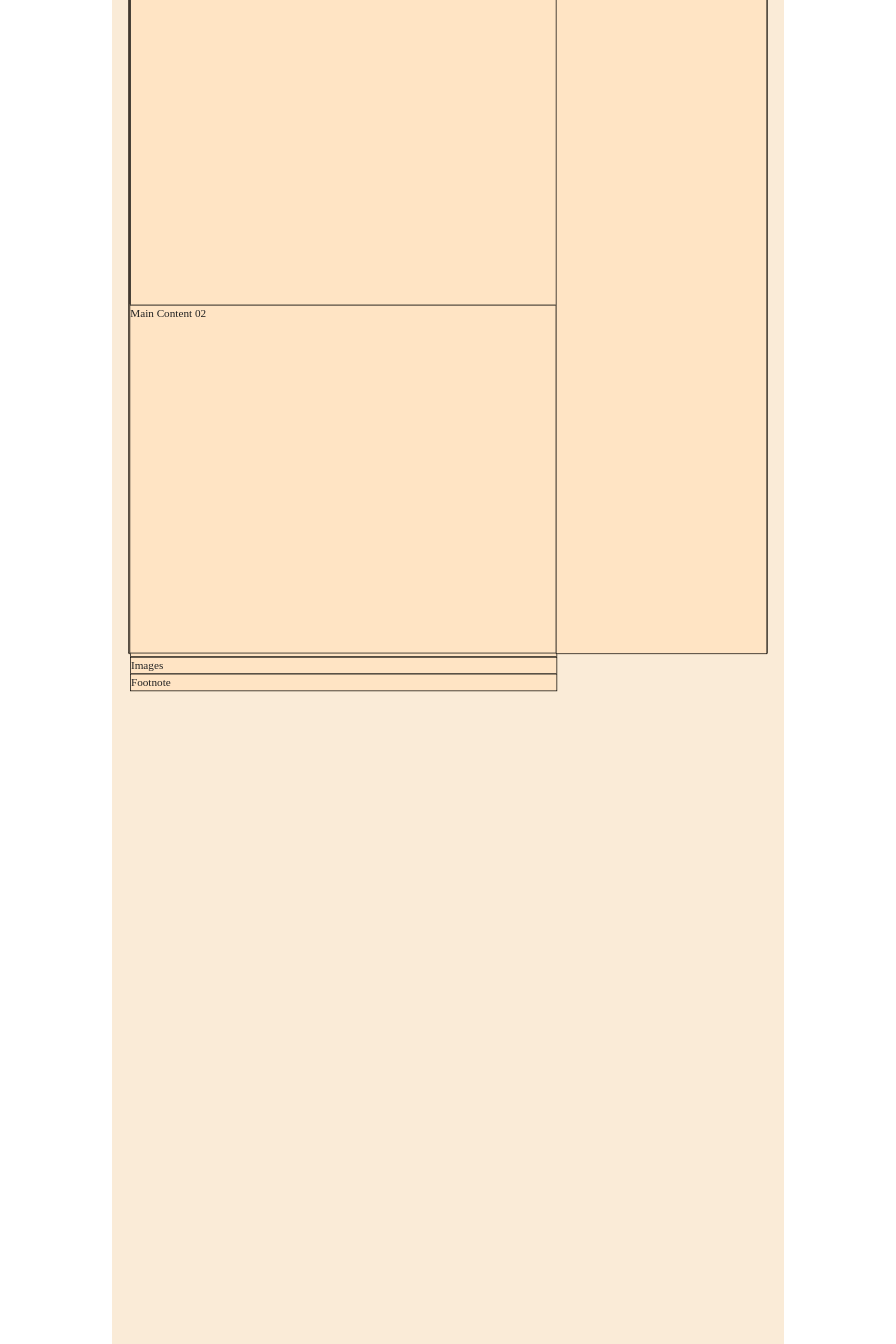
Repository: giovanabirck/cover-magazine-giovanabirck
Page: index.html
These files come from the project's save history. The page is drawn as it stood at one moment and after the next save; the edit follows.
The browser window is 1280 px wide. The pictures show the part of the page from y = 488 to 2408 px (the page is 5000 px tall), at 70% of full size.

Above is the page before, as saved 2023-01-14 11:18:22.

After the next save:
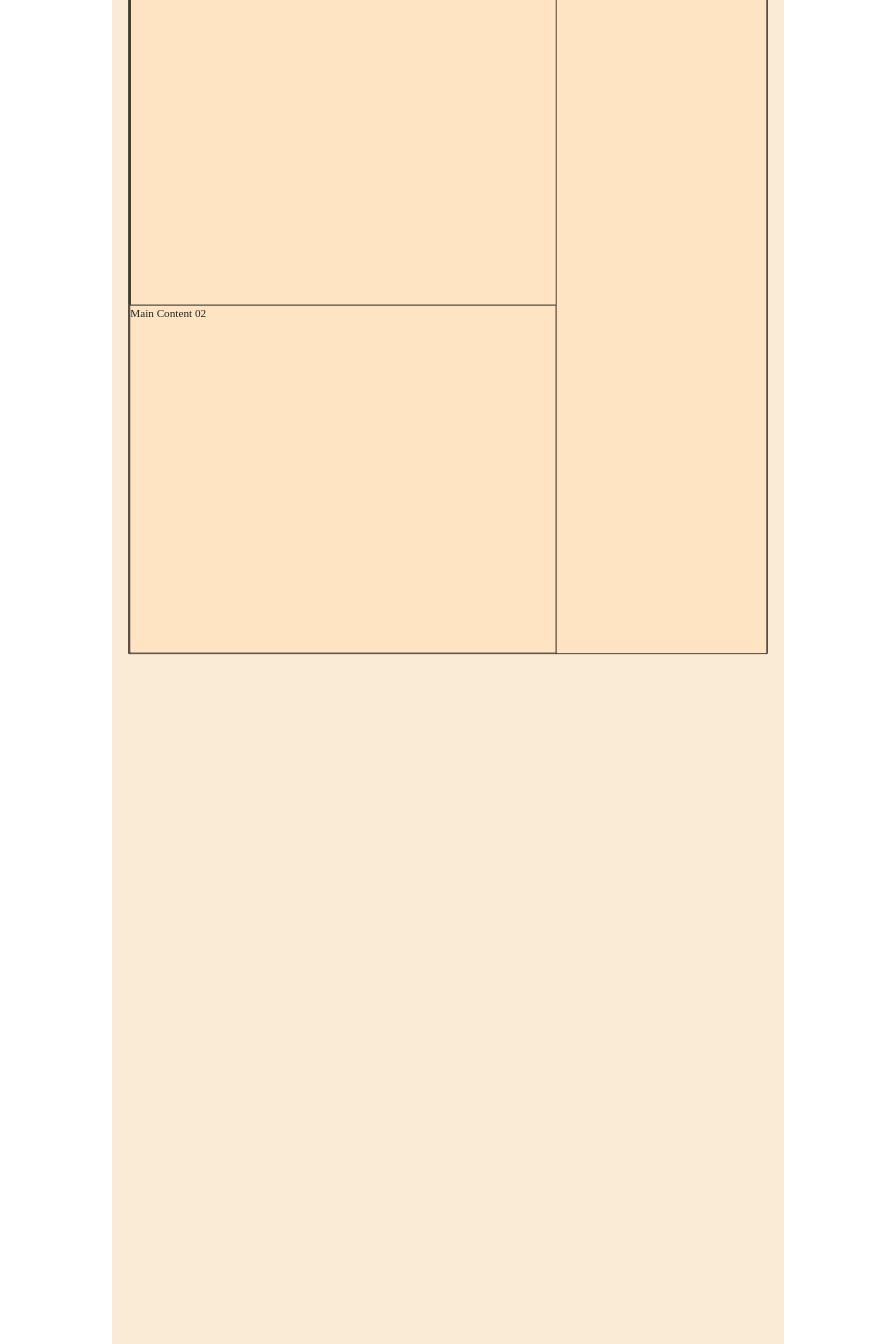
Saved 4 s later.
--- a/css/main.css
+++ b/css/main.css
@@ -416,7 +416,6 @@ textarea {
   background-color: bisque;
   border: solid 1px black;
   width: 100%;
-  height: 500px;
 }
 
 .main-content-un-images{
